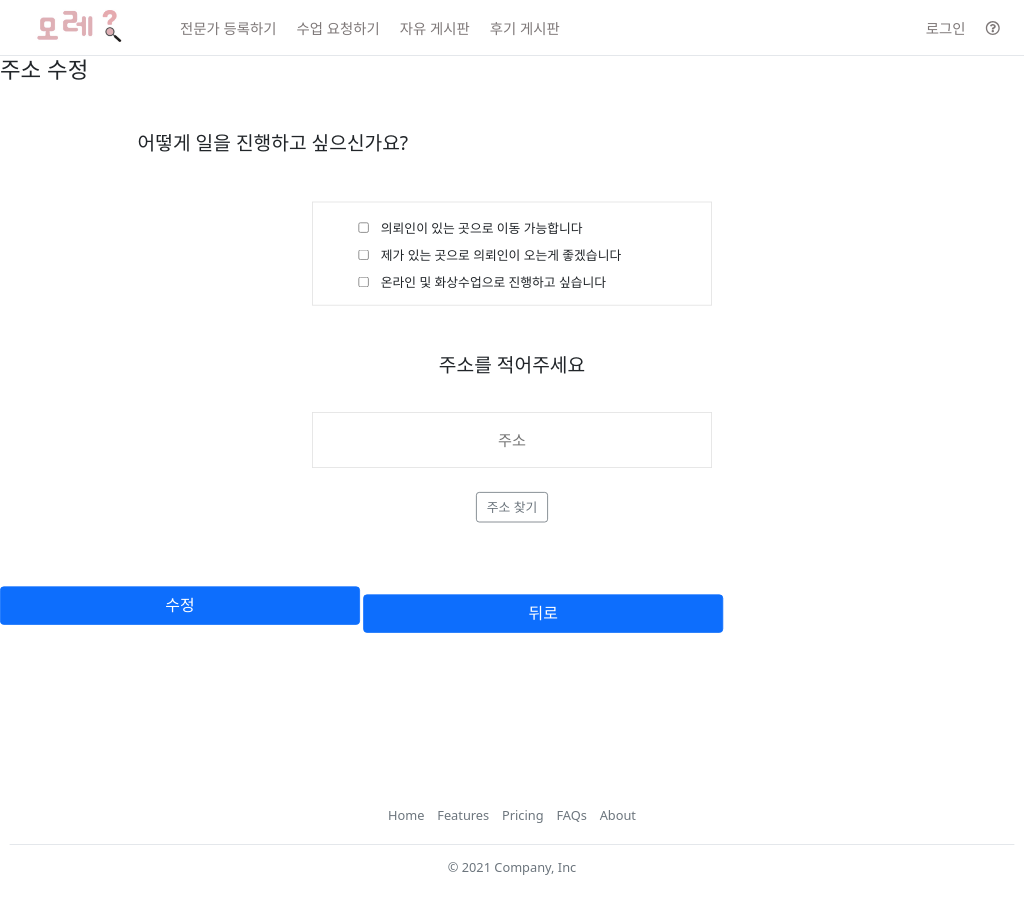
Repository: isssson/MVC2_more
Page: http://localhost/more/WEB-INF/views/expert/expertLocationForm.jsp
These files come from the project's save history. The page is drawn as it stood at one moment and after the next save; the edit follows.
The browser window is 1280 px wide. The pictures show the whole page, at 80% of full size.
Some web libraries are served in a nearby version. The page is served by Tomcat 9. Nobody is signed in. The template is opened directly, without the code that normally fills it, so the values that code supplies are empty.

Above is the page before, as saved 2021-12-08 02:37:12.

After the next save:
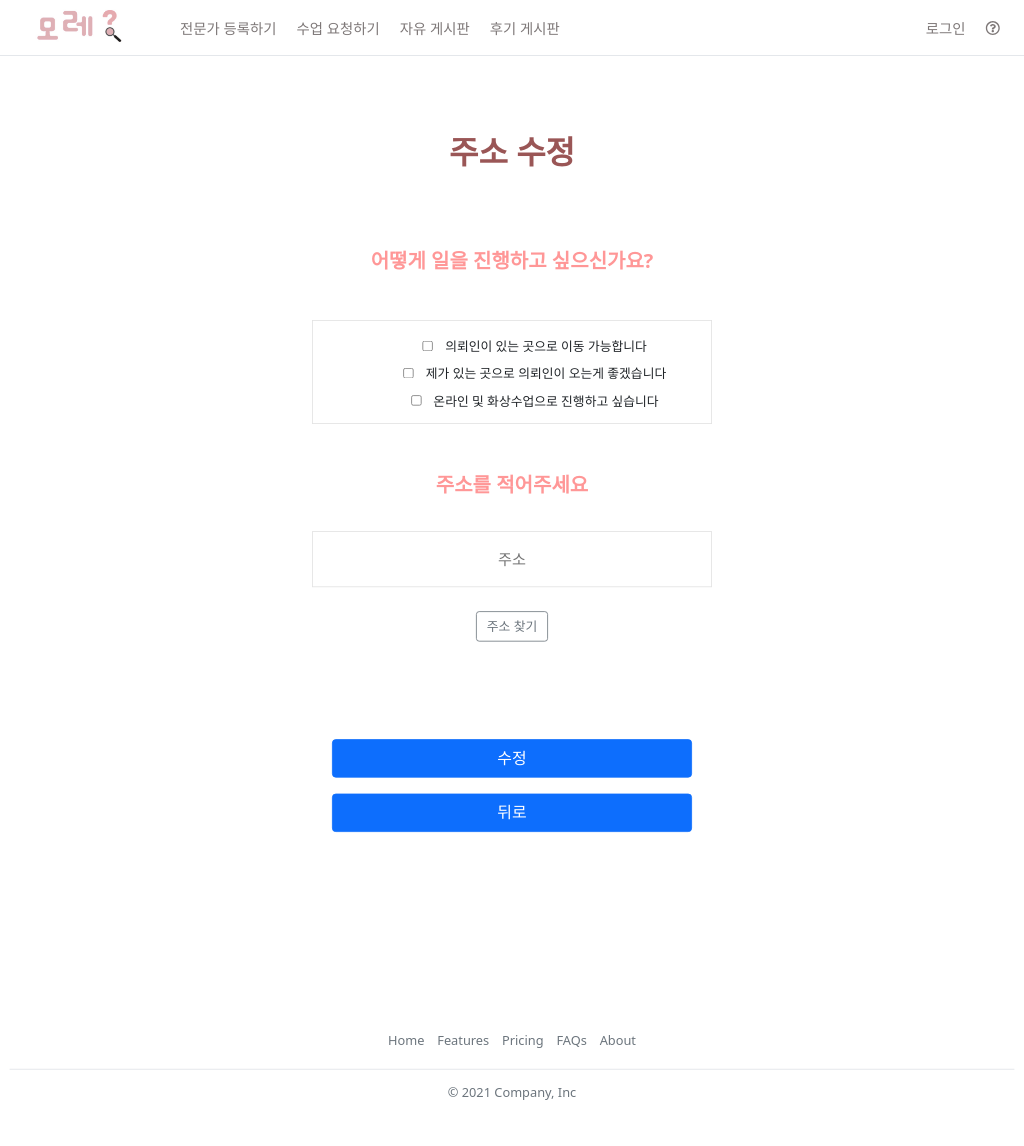
Saved 14 s later.
--- a/more/src/main/webapp/WEB-INF/views/expert/expertLocationForm.jsp
+++ b/more/src/main/webapp/WEB-INF/views/expert/expertLocationForm.jsp
@@ -8,6 +8,7 @@
 <link href="resources/css/bootstrap.min.css" rel="stylesheet">
 <link href="resources/css/expert/regist3.css" rel="stylesheet">
 <link href="resources/css/expert/regist4.css" rel="stylesheet">
+<link href="resources/css/expert/expertUpdate.css" rel="stylesheet">
 <script src="//t1.daumcdn.net/mapjsapi/bundle/postcode/prod/postcode.v2.js"></script>
 <script src="https://cdnjs.cloudflare.com/ajax/libs/jquery/3.4.1/jquery.min.js"></script>
 <title>모레-전문가등록</title>
